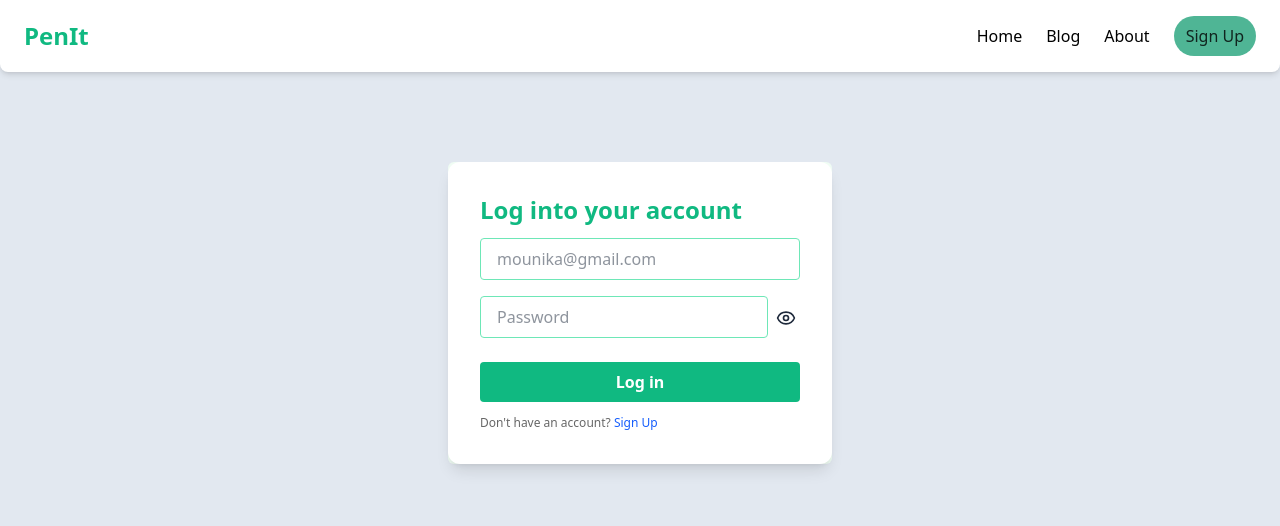
Repository: Mounika-chukkala/PenIt
Page: /signin (app in frontend/)
These files come from the project's save history. The page is drawn as it stood at one moment and after the next save; the edit follows.
The browser window is 1280 px wide. The pictures show the whole page.
The project was rebuilt for these pictures with package versions that can differ from the ones it lists, and the page was loaded fresh each time. Also part of the build but not shown: frontend/vite.config.js, frontend/src/Pages/Signup.jsx, frontend/src/components/CreateBlog.jsx, frontend/src/Pages/AddBlog.jsx.

Above is the page before, as saved 2025-05-23 13:43:55.

### frontend/src/main.jsx
import { StrictMode } from 'react'
import { createRoot } from 'react-dom/client'
import './index.css'
import { Toaster } from 'react-hot-toast'
// import {BrowserRouter} from "react-router-dom"
import { BrowserRouter } from 'react-router-dom'
import App from './App.jsx'

createRoot(document.getElementById('root')).render(
  <StrictMode>
    <BrowserRouter>
    {/* <Toaster> */}

    <App />
    {/* </Toaster> */}
    </BrowserRouter>
  </StrictMode>,
)

### frontend/src/index.css
@import "tailwindcss";




/* :root {
  font-family: system-ui, Avenir, Helvetica, Arial, sans-serif;
  line-height: 1.5;
   font-weight: 400;

  color-scheme: light dark;
  color: rgba(255, 255, 255, 0.87);
  background-color: #242424;

  font-synthesis: none;
  text-rendering: optimizeLegibility;
  -webkit-font-smoothing: antialiased;
  -moz-osx-font-smoothing: grayscale;
}

a {
  font-weight: 500;
  color: #646cff;
  text-decoration: inherit;
}
a:hover {
  color: #535bf2;
}

body {
  margin: 0;
  display: flex;
  place-items: center;
  min-width: 320px;
  min-height: 100vh;
}

h1 {
  font-size: 3.2em;
  line-height: 1.1;
}

button {
  border-radius: 8px;
  border: 1px solid transparent;
  padding: 0.6em 1.2em;
  font-size: 1em;
  font-weight: 500;
  font-family: inherit;
  background-color: #1a1a1a;
  cursor: pointer;
  transition: border-color 0.25s;
}
button:hover {
  border-color: #646cff;
}
button:focus,
button:focus-visible {
  outline: 4px auto -webkit-focus-ring-color;
}

@media (prefers-color-scheme: light) {
  :root {
    color: #213547;
    background-color: #ffffff;
  }
  a:hover {
    color: #747bff;
  }
  button {
    background-color: #f9f9f9;
  }
} */

### frontend/src/App.jsx
import { useState } from 'react'
import { Route, Routes } from 'react-router-dom'
// import './App.css'
import Signin from './Pages/Signin'
import Signup from './Pages/Signup'
import Navbar from './components/Navbar'
// import Layout from "./Pages/Layout"
import CreateBlog from './components/CreateBlog'
import AddBlog from './Pages/AddBlog'
function App() {

  return (
    <div className="bg-slate-200 w-screen h-screen ">

  <Routes>
    <Route path="/" element={<Navbar/>}>
        <Route path="/signin" element={<Signin/>}></Route>
    <Route path="/signup" element={<Signup/>}></Route>
    <Route path="/create-blog" element={<CreateBlog/>}></Route>
        <Route path="/add-blog" element={<AddBlog/>}></Route>

    {/* <Route path="/search-blog" element={}></Route> */}
    {/* <Route path="*" element={}></Route> */}
    </Route>

  </Routes>
      </div>

  )
}

export default App

### frontend/src/Pages/Signin.jsx
import React, { useState } from 'react'
import { Eye, EyeOff } from 'lucide-react';
import { Link } from 'react-router-dom';
import { motion } from 'framer-motion';

function Signin() {
  const [userData, setUserData] = useState({
    name: "",
    email: "",
    password: "",
  });
  const [isVisible, setVisible] = useState(false);

  async function handleSubmit() {
    let data = await fetch("http://localhost:3000/api/v1/signin", {
      method: "POST",
      body: JSON.stringify(userData),
      headers: {
        "Content-Type": "application/json",
      },
    });

    let res = await data.json();
    alert(res.message);
    if (!res.success) {
      toast.error(res.message);
    } else {
      toast.success(res.message);
      localStorage.setItem("User", JSON.stringify(res.user));
    }
  }

  return (
    <motion.div
      className="max-h-screen max-w-[30%] rounded-md m-auto mt-[7%] flex bg-[#F0FDF4] text-[#1E293B]"
      initial={{ opacity: 0, y: 60 }}
      animate={{ opacity: 1, y: 0 }}
      transition={{ duration: 1.0, ease: 'easeOut' }}
    >
      <motion.div
        className="bg-white p-8 rounded-xl shadow-lg w-full"
        initial={{ scale: 0.95 }}
        animate={{ scale: 1 }}
        transition={{ delay: 0.3, duration: 0.4 }}
      >
        <h2 className="text-2xl font-bold mb-3 text-[#10B981]">Log into your account</h2>

        <motion.input
          whileFocus={{ scale: 1.02 }}
          transition={{ duration: 0.2 }}
          className="w-full mb-4 px-4 py-2 border border-[#6EE7B7] rounded focus:outline-none focus:ring-2 focus:ring-[#10B981]"
          type="email"
          placeholder="mounika@gmail.com"
          onChange={(e) => setUserData({ ...userData, email: e.target.value })}
        />

        <div className="w-full flex gap-2">
          <motion.input
            whileFocus={{ scale: 1.02 }}
            transition={{ duration: 0.2 }}
            className="w-[90%] mb-6 px-4 py-2 border border-[#6EE7B7] rounded focus:outline-none focus:ring-2 focus:ring-[#10B981]"
            type={isVisible ? "text" : "password"}
            placeholder="Password"
            onChange={(e) => setUserData({ ...userData, password: e.target.value })}
          />
          <motion.div
            className="pt-3 cursor-pointer"
            onClick={() => setVisible(!isVisible)}
            whileTap={{ scale: 0.9 }}
            initial={{ opacity: 0 }}
            animate={{ opacity: 1 }}
            transition={{ delay: 0.6 }}
          >
            {isVisible ? <EyeOff size={20} /> : <Eye size={20} />}
          </motion.div>
        </div>

        <motion.button
          onClick={handleSubmit}
          className="w-full bg-[#10B981] hover:bg-[#059669] text-white py-2 rounded font-semibold transition duration-200"
          whileTap={{ scale: 0.95 }}
          whileHover={{ scale: 1.01 }}
        >
          Log in
        </motion.button>

        <p className="text-[12px] text-black/60 mt-3">
          Don't have an account? <Link to="/signup"><span className="text-blue-600">Sign Up</span></Link>
        </p>
      </motion.div>
    </motion.div>
  );
}

export default Signin;

### frontend/src/components/Navbar.jsx
import React, { useEffect, useState } from "react";
import { Link } from "react-router-dom";
import { Outlet } from "react-router-dom";
export default function Navbar() {
  const [isLogged, setLogged] = useState(false);
  const item = localStorage.getItem("User");
  useEffect(()=>{
  if (item!=null) {
    setLogged(true);
  }
},isLogged)
  return (
    <>
    <nav className="bg-white shadow-md px-6 py-4 flex justify-between items-center rounded-b-lg">
      <h1 className="text-2xl font-bold text-[#10B981]">PenIt</h1>
      <ul className="flex space-x-6 font-medium">
        <li className="hover:text-[#059669] pt-2 cursor-pointer">Home</li>
        <li className="hover:text-[#059669] pt-2 cursor-pointer">Blog</li>
        <li className="hover:text-[#059669] pt-2 cursor-pointer">About</li>
        <Link to="/signup">
        <li className="bg-[#059669]/70 rounded-3xl px-3 py-2 text-black/80 transform hover:scale-120 transition duration-300 ease-in-out  hover:text-white cursor-pointer">
{/* {isLogged?"Log out":"Sign up"} */}
    Sign Up
          </li>
        </Link>
      </ul>
    </nav>
    <Outlet/>
        </>

  );
}

Loaded but not shown: frontend/index.html (common file)

After the next save:
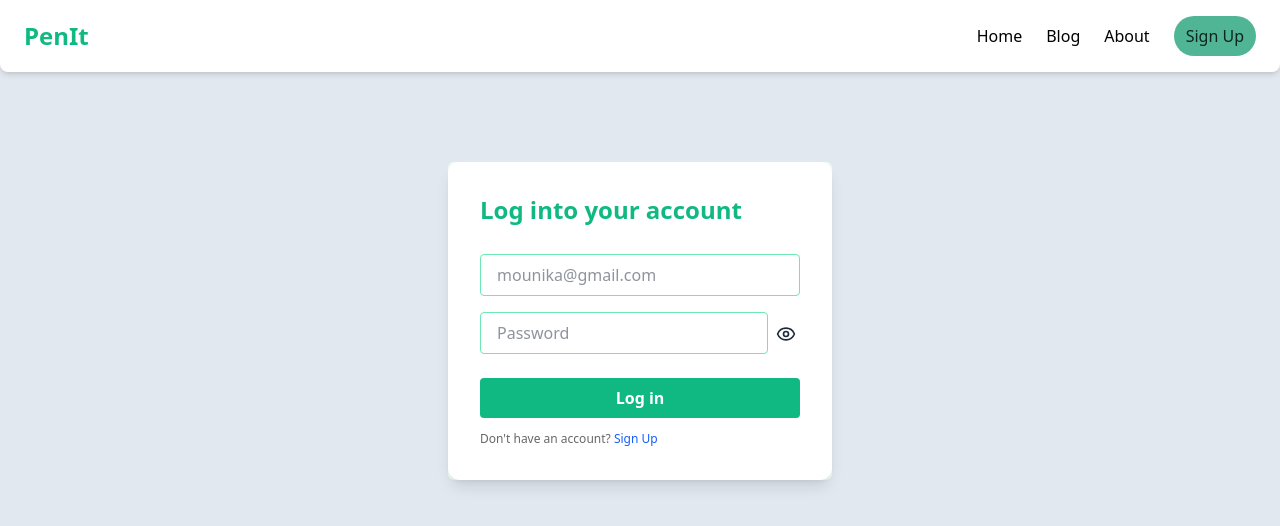
Saved 26 s later.
--- a/frontend/src/Pages/Signin.jsx
+++ b/frontend/src/Pages/Signin.jsx
@@ -48,7 +48,7 @@ function Signin() {
         <motion.input
           whileFocus={{ scale: 1.02 }}
           transition={{ duration: 0.2 }}
-          className="w-full mb-4 px-4 py-2 border border-[#6EE7B7] rounded focus:outline-none focus:ring-2 focus:ring-[#10B981]"
+          className="w-full my-4 px-4 py-2 border border-[#6EE7B7] rounded focus:outline-none focus:ring-2 focus:ring-[#10B981]"
           type="email"
           placeholder="mounika@gmail.com"
           onChange={(e) => setUserData({ ...userData, email: e.target.value })}
